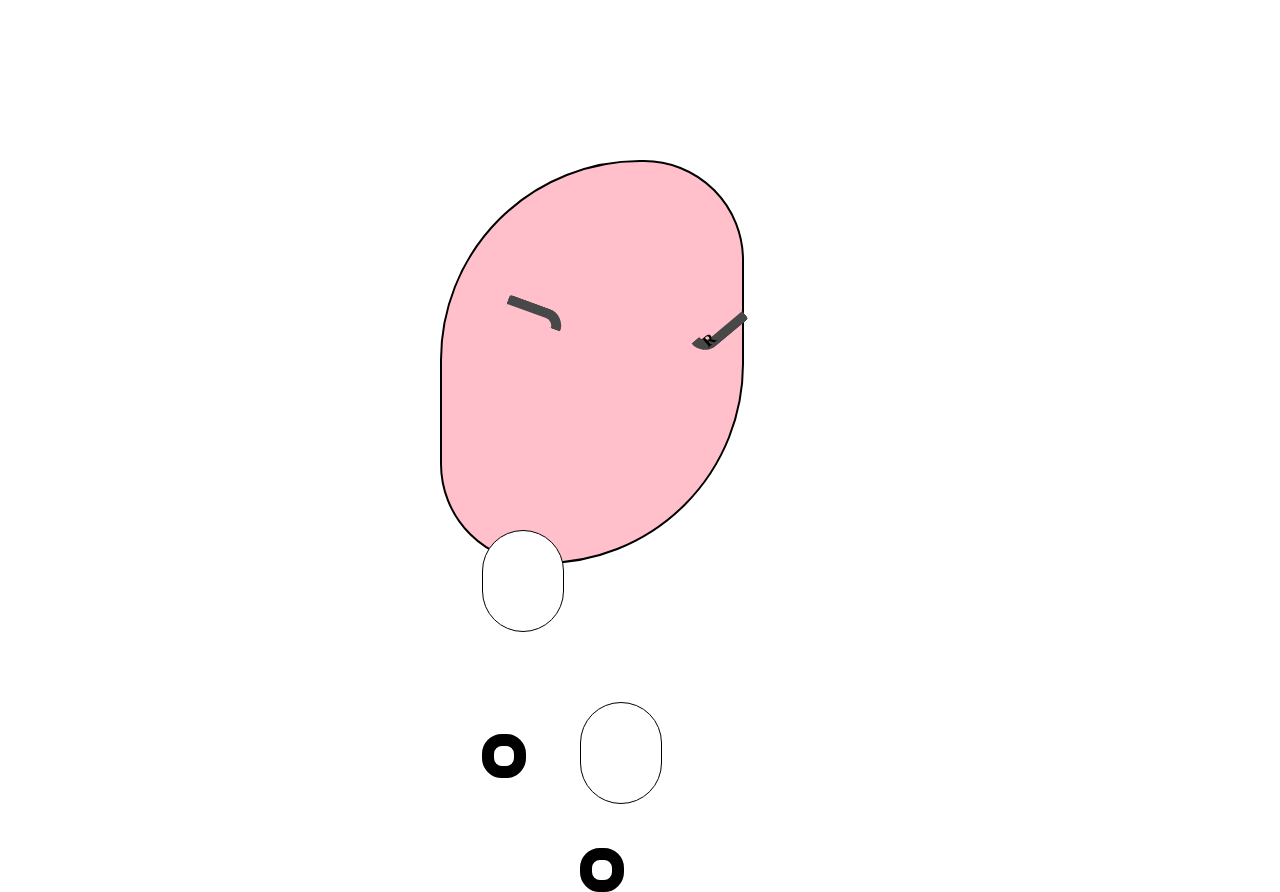
Repository: rodwestmoreland/1150
Page: cssCritter/index.html
An editor plug-in stored every save of this project. The page is shown before and after the next save, followed by the edit.
The browser window is 1280 px wide. The pictures show the whole page.

Above is the page before, as saved 2021-01-25 22:18:45.

### cssCritter/index.html
<!DOCTYPE html>
<html lang="en">
<head>
    <meta charset="UTF-8">
    <meta name="viewport" content="width=device-width, initial-scale=1.0">
    <link rel="stylesheet" href="style.css">
    <title>Welcome to SD 761</title>
</head>
<body>
    <div class="wrapper">
        <div class="object">
            <div class="face"></div>

            <div class="left-eyebrow"></div>
            <div class="right-eyebrow"><b>R</b></div>

          <div class="left-eye"></div>

          <div class="right-eye"></div>


          <div class="left-pupil"></div>

          <div class="right-pupil"></div>

      </div>

</body>
</html>

### cssCritter/style.css
.wrapper{
    position: absolute;
     top: 50%;
   margin-top:-200px;
     left: 50%;
   margin: -200px 0 0 -200px;
 }

 .face{
   width: 300px;
   height: 400px;
   border: solid 2px #000;
   background-color: pink;
   border-radius: 200px 100px;
 }

 .left-eye{
   width: 80px;
   height: 100px;
   border: solid 1px #000;
   background-color: #fff;
   border-radius: 90px;
   position: relative;
    left: 42px;
    top: -70px;
 }
 .left-pupil{
    width: 20px;
    height: 20px;
    border: solid 12px #000;
    background-color: #fff;
    border-radius: 20px;
    position: relative;
    left: 42px;
    top: -70px;
  }
 .right-eye{
    width: 80px;
    height: 100px;
    border: solid 1px #000;
    background-color: #fff;
    border-radius: 90px;
    position: relative;
    left: 140px;
    top: 0px;
  }
  .right-pupil{
    width: 20px;
    height: 20px;
    border: solid 12px #000;
    background-color: #fff;
    border-radius: 20px;
    position: relative;
    left: 140px;
    top: 0px;
  }




  .right-eyebrow{
    width: 50px;
    height: 8px;
    border-bottom-right-radius:100px;
    border-bottom-left-radius: 500px;
    border: 10px solid #484848;
    border-top: 0;
    border-right: 0;
    position: relative;
    left: 250px;
    top: -260px;
    transform: rotate(-40deg);
  }
  .left-eyebrow{
    width: 50px;
    height: 8px;
    border-bottom-right-radius:100px;
    border-bottom-left-radius: 500px;
    border: 10px solid #484848;
    border-top: 0;
    border-right: 0;
    position: relative;
    left: 65px;
    top: -260px;
    transform: rotate(-160deg);

  }

 .mouth{
    border-top: none;

    border-top: 100px solid rgb(235, 103, 125);
    -webkit-border-radius: 50px;

    border-bottom: 100px solid rgb(235, 103, 125);
    -webkit-border-radius: 100px;
    border-radius: 100px;
    height: 20px;
    width: 175px;
    margin: -10px auto 0;
    z-index: 10;
 }

After the next save:
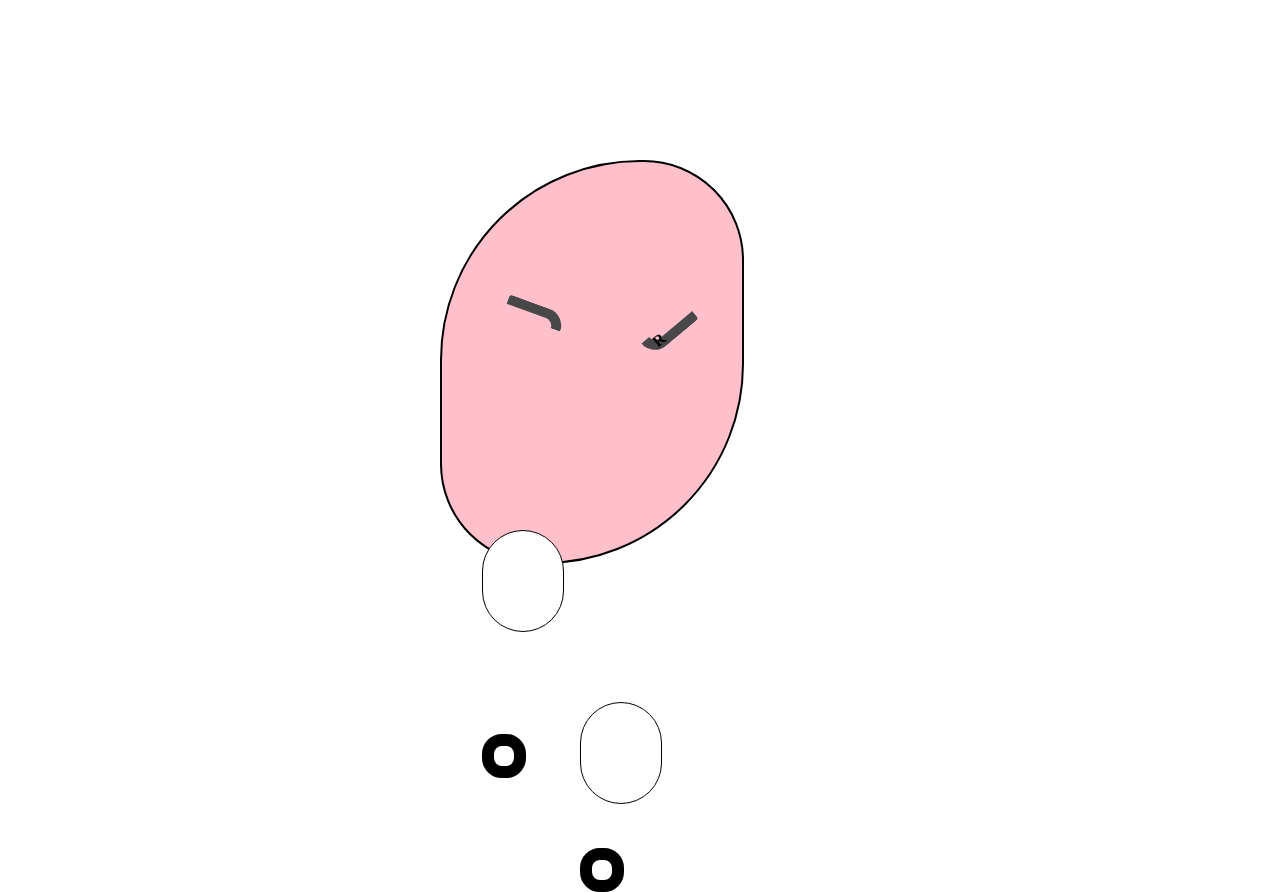
Saved 23 s later.
--- a/cssCritter/style.css
+++ b/cssCritter/style.css
@@ -67,7 +67,7 @@
     border-top: 0;
     border-right: 0;
     position: relative;
-    left: 250px;
+    left: 200px;
     top: -260px;
     transform: rotate(-40deg);
   }
